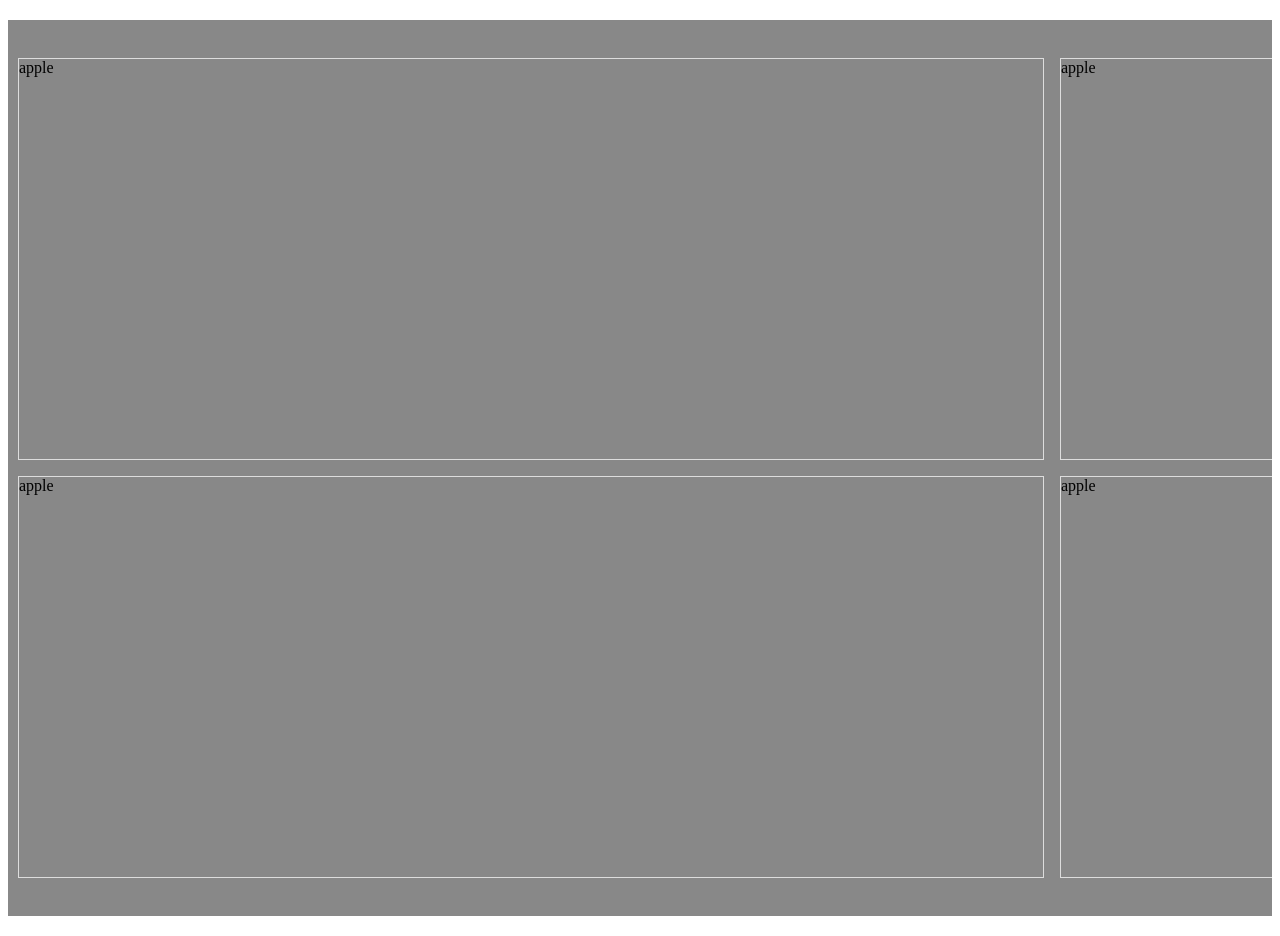
Repository: lzh15378738622/scroll-snap
Page: index.html
These files come from the project's save history. The page is drawn as it stood at one moment and after the next save; the edit follows.
The browser window is 1280 px wide. The pictures show the whole page.

Above is the page before, as saved 2022-02-26 12:02:25.

### index.html
<!--
 * @Date: 2022-02-26 11:43:45
 * @LastEditors: lzh886
 * @LastEditTime: 2022-02-26 12:01:51
 * @FilePath: /scroll-snap/index.html
-->
<!DOCTYPE html>
<html lang="en">
  <head>
    <meta charset="UTF-8" />
    <meta http-equiv="X-UA-Compatible" content="IE=edge" />
    <meta name="viewport" content="width=device-width, initial-scale=1.0" />
    <title>Document</title>
    <style>
      main {
        display: grid;
        grid-template-columns: repeat(5, 1fr);
        overflow-x: auto;
        padding-block: 38px;
        background: #888;
        padding-inline: 10px;
        margin-block: 20px;
        gap: 1rem;
      }
      div {
        width: 80vw;
        height: 400px;
        border: 1px solid #ddd;
      }
    </style>
  </head>

  <body>
    <main>
      <div>apple</div>
      <div>apple</div>
      <div>apple</div>
      <div>apple</div>
      <div>apple</div>
      <div>apple</div>
      <div>apple</div>
    </main>
  </body>
</html>

After the next save:
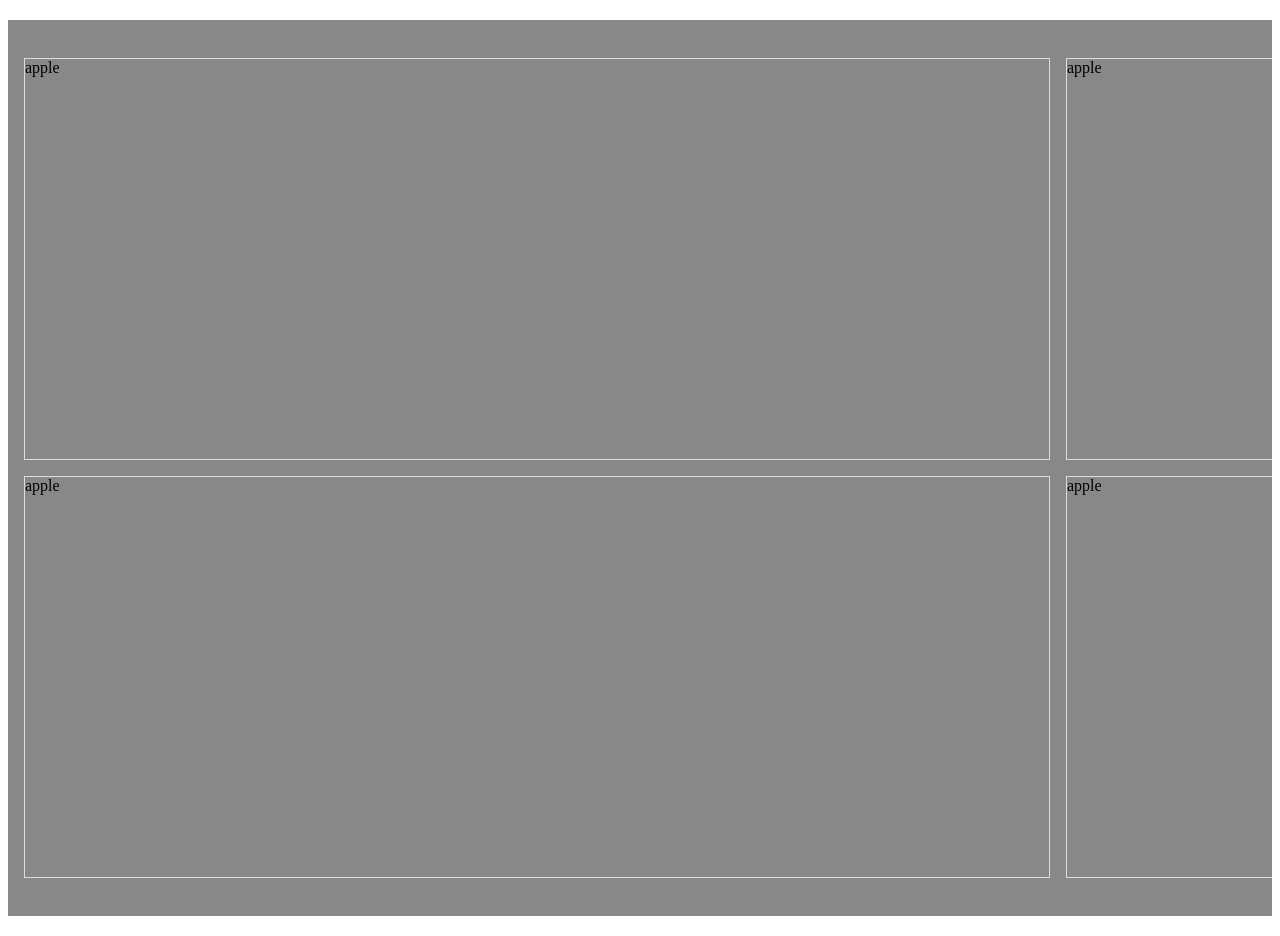
Saved 15 s later.
--- a/index.html
+++ b/index.html
@@ -18,7 +18,7 @@
         overflow-x: auto;
         padding-block: 38px;
         background: #888;
-        padding-inline: 10px;
+        padding-inline: 1rem;
         margin-block: 20px;
         gap: 1rem;
       }
